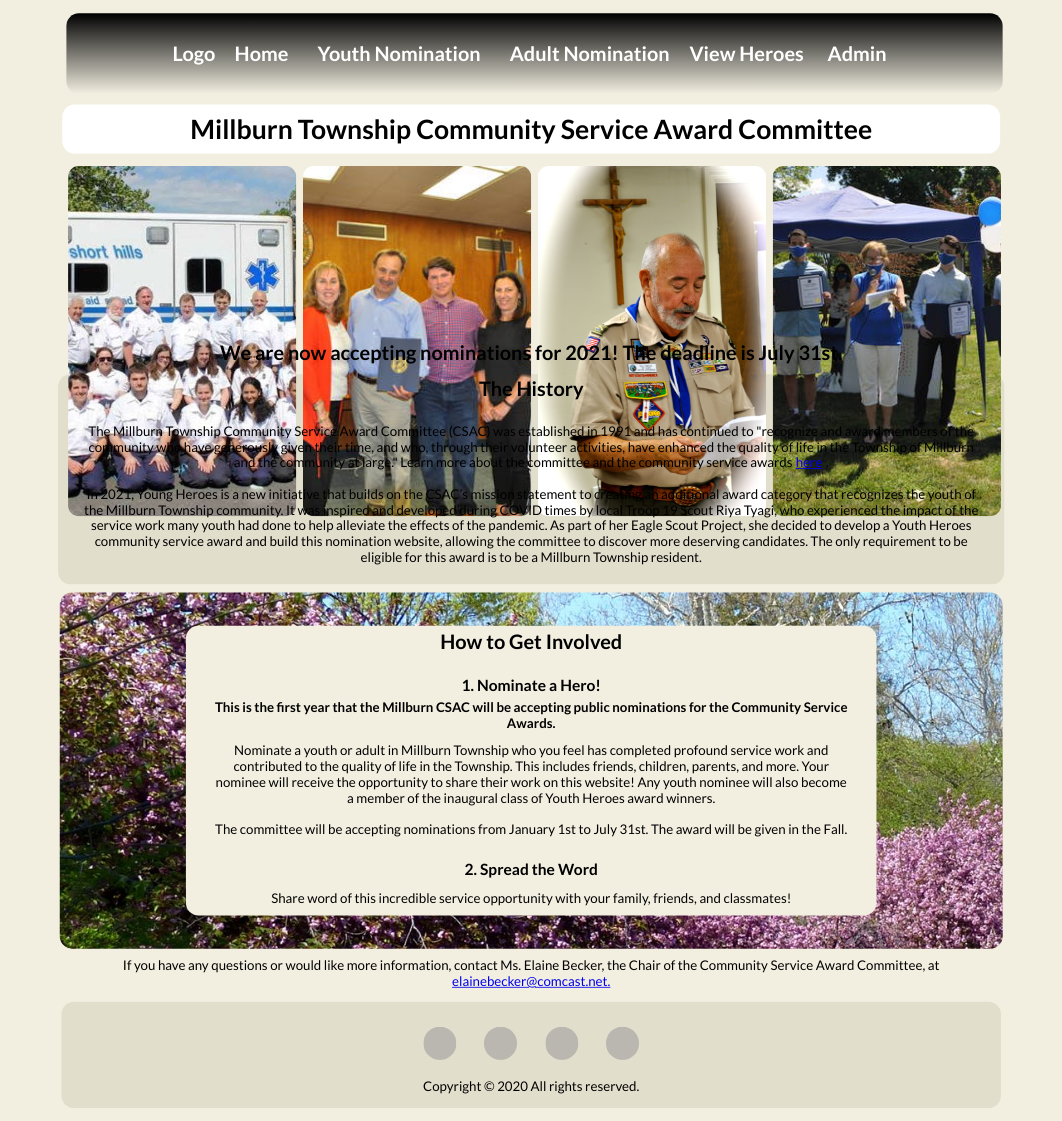
Repository: Centrattic/Young-Heroes-Website
Page: http://localhost/Frontend/home.php
The author's editor kept a copy of each file at every save. The page is drawn from the files as they stood at one save, then again after the next save.
The browser window is 1280 px wide. The pictures show the whole page, at 83% of full size.
Pictures or frames that could not be fetched are drawn as grey boxes. The page is run by PHP 8.4 with error messages shown; the project is at /var/www/html/.

Above is the page before, as saved 2020-12-09 15:37:44.

### Eagle Project/Frontend/home.php
<?php
require '../Backend/functions.php';
require '../Backend/dbhconnect.php';
?>

<html>
  <head>
    <link href="https://fonts.googleapis.com/css2?family=Lato:ital,wght@0,400;0,700;1,300;1,400&display=swap" rel="stylesheet">
    <link href="../CSS/home.css" rel="stylesheet" type="text/css" />

    <link rel = "stylesheet" href = "../CSS/navbar.css">
  </head>

  <body>


  <?php
      navbar();
    ?>

    <!--<h4> This website is affiliated with the Millburn Township Community Service Award Committee. </h4> -->
    <!--Banner/Header : history of CSAC , Ok describe that on website ::: incorporate thios is new initative but builds on previous initiative, came up on time of COVID, instead of "THE IMPORTANCE OF RECOGNIING YOUTH VOLUNTEERS -->
    <!-- Delete Mission Statement - JUst describe CSAC Iniative  ======================= OUR HISTORY, with the onset of COVID -- do this....

    Community Service Award OverView and Now YOUNG HEROES

    ALL NEEDED IS TO BE A MILLBURN TOWNSHIP RESIDENTs-->

    <h1 id = "homepagetitle"> Millburn Township Community Service Award Committee </h1>

    <div id = "homepicgrid">
      <div>
        <img src = "../Images/itsquad.jpg">
      </div>
      <div>
        <img src = "../Images/millburncsac.jpg">
      </div>
      <div>
        <img src = "../Images/fineran.jpg">
      </div>
      <div>
        <img src = "../Images/millburnhome.jpg">
      </div>
    </div>




    <h2> We are now accepting nominations for 2021! The deadline is July 31st. </h2>

    <!--<div id = "hometextgrid">
      <div>
        <h2> The Importance of Recognizing Youth Volunteers </h2>
        <p>Today’s youth are taking charge of environmental and social reforms,
          and they deserve credit and appreciation where it’s due. Up to 55% of youth
          actively participate in service, be it through school or other organizations, but they
          have gone severely underrepresented of late. By commending their efforts, more youth will be
          inspired to volunteer their time towards the community and the nation as a whole. Youth Service
          America reminds us that adolescent brains in particular offer creative solutions to problems,
          unaffected and unaware to the nonanswers common of some, older brains. They provide fresh outlooks
          and ideas that would otherwise go unthought of. Youth service is mutually beneficial to both the
          community and the youth in question; it has also been shown to improve success in the workforce
          and academics in later life with early leadership foundations, as well as fostering positive
          development traits and cosmopolitan mindsets. Some youth lack the incentive -the drive- to
          go out and make a difference, which is why it is vital for them to have an outlet of support and recognition.  </p>
      </div>
      <div>
        <h2> Our Mission Statement </h2>
        <p> The mission of the Young Heroes is to recognize Millburn/Short Hills youth for their contributions,
          to promote community service and good citizenship, to positively impact the community, and to
          give hope and inspiration to others, especially during difficult times such as COVID-19.
          This will be accomplished through a nomination process, verification, parental approval, and
          a final posting to the Millburn Township Young Heroes webpage. The posts will summarize the Young hero’s work
           and qualify them for an annual award given to the two heroes (and runners-ups) who demonstrate the most profound
          service and dedication to the Township, specific cause, and/or the community as a whole.
        </p>
      </div>
    </div>

    and who, through their volunteer activities, have enhanced the quality of life in the Township of Millburn
        and the community at large.”

    -->

    <div id = "CSAChistory">
      <h2> The History </h2> <br>
      <p> The Millburn Township Community Service Award Committee (CSAC) was established in 1991 and has continued to "recognize and award members of the community who have
        generously given their time, and who, through their volunteer activities, have enhanced the quality of life in the Township of Millburn and the community at large."
        Learn more about the committee and the community service awards<a href = "https://twp.millburn.nj.us/188/Community-Service-Award-Committee">here</a>.
        <br> <br>In 2021, Young Heroes is a new initiative that builds on the CSAC’s mission statement to creating an additional award category that recognizes the youth of the Millburn Township community.
         It was inspired and developed during COVID times by local Troop 19 Scout Riya Tyagi, who experienced the impact of the service work many youth had done to help alleviate
        the effects of the pandemic. As part of her Eagle Scout Project, she decided to develop a Youth Heroes community service award and build this nomination website,
        allowing the committee to discover more deserving candidates. The only requirement to be eligible for this award is to be a Millburn Township resident.
      </p>
    </div>

    <div id = "getinvolved">
          <div id = "nominateahero">
            <h2> How to Get Involved</h2>
            <br>
              <h3> 1. Nominate a Hero!</h3>
              <h4> This is the first year that the Millburn CSAC will be accepting public nominations for the Community Service Awards.</h4>
                <p> Nominate a youth or adult in Millburn Township who you feel has completed profound service work and contributed to the quality of life in the Township.
                This includes friends, children, parents, and more. Your nominee will receive the opportunity to share their work on this website! Any youth nominee will also
                become a member of the inaugural class of Youth Heroes award winners. <br><br>
                The committee will be accepting nominations from January 1st to July 31st. The award will be given in the Fall.<p>
               <h3>  2. Spread the Word </h3> <p>Share word of this incredible service opportunity with your family, friends, and classmates!</p>
               <!--<h3> 3. <a href = "https://forms.gle/pbJxUtVEzWF9bCSh6"> Volunteer </a></h3>  <p> Millburn Township Young Heroes is an Eagle Scout Project by Riya Tyagi of Troop 19. Volunteer to help her out! </p> -->
               <!-- <h3> 4.<a href = "https://gf.me/u/y3cpyf">Donate</a> </h3> <p> Donate to recognize heroes and their causes. We are very grateful for all donations. All money received will be used to purchase bronze
                  plaques to recognize winners of the awards and to handle the costs of advertising and creating a website. Any extra funds will be donated to the CSAC for future use.</li>
                </p>  -- Put this in explanation of Project --- part of narrative, footer  NICE -->
            </div>
    </div>

      <!--<div id = "impact">
        <h2> Our Impact</h2>
        <h3> ____ Youth Heroes Recognized </h3>
        <h3> ____ Adult Heroes Recognized </h3>
        <h3> ____ Awards Given</h3>
      </div>-->

    <h4 style = "width: 80%; margin: 0 auto;"> </h4>

    <p> If you have any questions or would like more information, contact Ms. Elaine Becker, the Chair of the Community Service Award Committee, at <a href = "mailto:elainebecker@comcast.net"> elainebecker@comcast.net.</a></p>

    <div id = "socialmedia">
        <footer id="colophon" class="site-footer" role="contentinfo">
      <div class="social-wrapper">
        <ul>
          <li>
            <a href="#" target="_blank">
              <img src="https://cdn1.iconfinder.com/data/icons/logotypes/32/twitter-128.png" alt="Twitter Logo" class="twitter-icon"></a>
          </li>
          <li>
            <a href="#" target="_blank">
              <img src="https://www.mchenryvillage.com/images/instagram-icon.png" alt="Instagram Logo" class="instagram-icon"></a>
          </li>
          <li>
            <a href="#" target="_blank">
              <img src="https://content.linkedin.com/content/dam/me/business/en-us/amp/brand-site/v2/bg/LI-Bug.svg.original.svg" alt="Linkedin Logo" class="linkedin-icon"></a>
          </li>
          <li>
            <a href="#" target="_blank">
              <img src="http://www.iconarchive.com/download/i54037/danleech/simple/facebook.ico" alt="Facebook Logo" class="facebook-icon"></a>
          </li>

        </ul>
      </div>

      <nav class="footer-nav" role="navigation">
        <p>Copyright &copy;
          <?php echo date("Y"); ?> All rights reserved.</p>
      </nav>
    </footer>
    <!-- #colophon -->
    </div>





</body>
</html>

### Eagle Project/Backend/dbhconnect.php
<?php
  $servername = "localhost";
  $dbUsername = "root";
  $dbPassword = "";
  $dbName = "young_heroes";

  //connecting to database
  $connection = new mysqli($servername, $dbUsername, $dbPassword, $dbName);

  //error message if connection fails
  if(!$connection){
    die("Connection failed: ".mysqli_connect_error());
  }
?>

### Eagle Project/CSS/home.css
* {
    text-align: center;
    padding: 2px;
    margin: 2px;
    font-family: 'Lato', sans-serif;
    border-radius: 15px;

}

body {
    background-color: #F2EFE1;

}

#homepicgrid {
    display: grid;
    width: auto;
    height: 30%;

    grid-template-columns: auto auto auto auto;
    grid-template-rows: auto;
}

#homepicgrid img {
    height: 100%;
    object-fit: cover;
    width: 100%;
}


#homepagetitle {
    font-size: 2em;
    width: auto;
    background-color: white;
    padding: 10px;
    margin: 5px;
}



#hometextgrid {
    display: grid;
    width: auto;
    margin: 0 auto;
    grid-template-columns: auto auto auto;
    grid-template-rows: auto auto;
}

#hometextgrid div {
    background-color: #E2DECC;
    padding: 20px;
}


#CSAChistory {
    background-color: #E2DECC;
    padding: 20px;
    padding-top: 0;
    margin: 10px 0;
}
#impact {
    background-color: white;
    width: 35%;
    margin: 2% auto;
    border: 10px solid transparent;
    border-image: url("../Images/borderhome.jpg") 30 round !important;
}

#impact h3 {
    margin: 15%;
}


#getinvolved {
    background-image: url("../Images/millburnblossoms.jpg");
    height: 60%;
    display: flex;
    align-items: center;
    justify-content: center;
}

#nominateahero {
    width: 70%;
    padding: 0 20px;
    background-color:  #F2EFE1;
}

#getinvolved p {
    margin: 10px;
}

button {
    font-size: 1em;
}



.site-footer {
    background-color: #E2DECC;
      text-align: center;
      margin: 10px 0;
      padding: 10px 0;
  }

  #social-wrapper {
      text-align: center;
  }

  /*Social Media Icons*/
  .social-wrapper {
      text-align: center;
  }

  .social-wrapper ul li {
      display: inline;
      margin: 0 5px;
  }

  .twitter-icon,
  .facebook-icon,
  .instagram-icon,
  .linkedin-icon,
  .googleplus-icon,
  .youtube-icon,
  .foursquare-icon{
      margin-top: .625em;
      width: 40px;
      height: 40px;
      opacity: .6;
      filter: alpha(opacity=60); /* For IE8 and earlier */
    border-radius: 25px;
  }

  .twitter-icon:hover,
  .facebook-icon:hover,
  .instagram-icon:hover,
  .linkedin-icon:hover,
  .googleplus-icon:hover,
  .youtube-icon:hover,
  .foursquare-icon:hover {
      opacity: 1.0;
      filter: alpha(opacity=100); /* For IE8 and earlier */
  }

  .footer-nav p {
      text-align: center;
  }

### Eagle Project/CSS/navbar.css
* {
    text-align: center;
    font-family: 'Lato', sans-serif;
}

body {
    background-color: #F2EFE1;
}


.menu-area li{
    display: inline;
    color: white;
    font-weight: bold;
    font-size: 1.5em;
    padding-bottom: 10px;
}

.menu-area .non-dropdown a{
    display: inline-block;
    padding: 30px 10px;
    text-decoration: none;
    color: white;
    box-sizing: border-box;

}

.menu-area .nav-dropdown .dropdown-content li a{
    display: inline-block;
    text-align: center;
    padding: 14px 16px;
    text-decoration: none;
}

.menu-area {
    width: 100%;
    background-image: linear-gradient(black, #F2EFE1);
    overflow: hidden;
    border-radius: 15px;
}

.menu-area .non-dropdown:hover{
    border-radius: 0px;
    border-bottom: 10px solid aliceblue;

}

.menu-area li a {
    box-sizing: border-box;
}

.nav-dropbtn {
    text-decoration: none;
    color: white;
}

/*FIX THIS LATER*/


#logout {
    all: unset;
}

body {
    margin: 0 5%;
}

/* ------------------*/



li.nav-dropdown {
    display: inline-block;
}

.dropdown-content {
    display: none;
    position: absolute;
    background-color: #f9f9f9;
    min-width: 150px;
    box-shadow: 0px 8px 16px 0px rgba(0,0,0,0.2);
    z-index: 1;

}

.dropdown-content a {
    color: black;
    padding: 12px 16px;
    text-decoration: none;
    display: block;
    font-size: .9em;
    text-align: left;
}


.dropdown-content a:hover {
    background-color: #f1f1f1;
}


.nav-dropdown:hover .dropdown-content {
    display: block;
    border-radius: 0px;
}

Loaded but not shown: Eagle Project/Backend/functions.php (995 lines, source omitted)

After the next save:
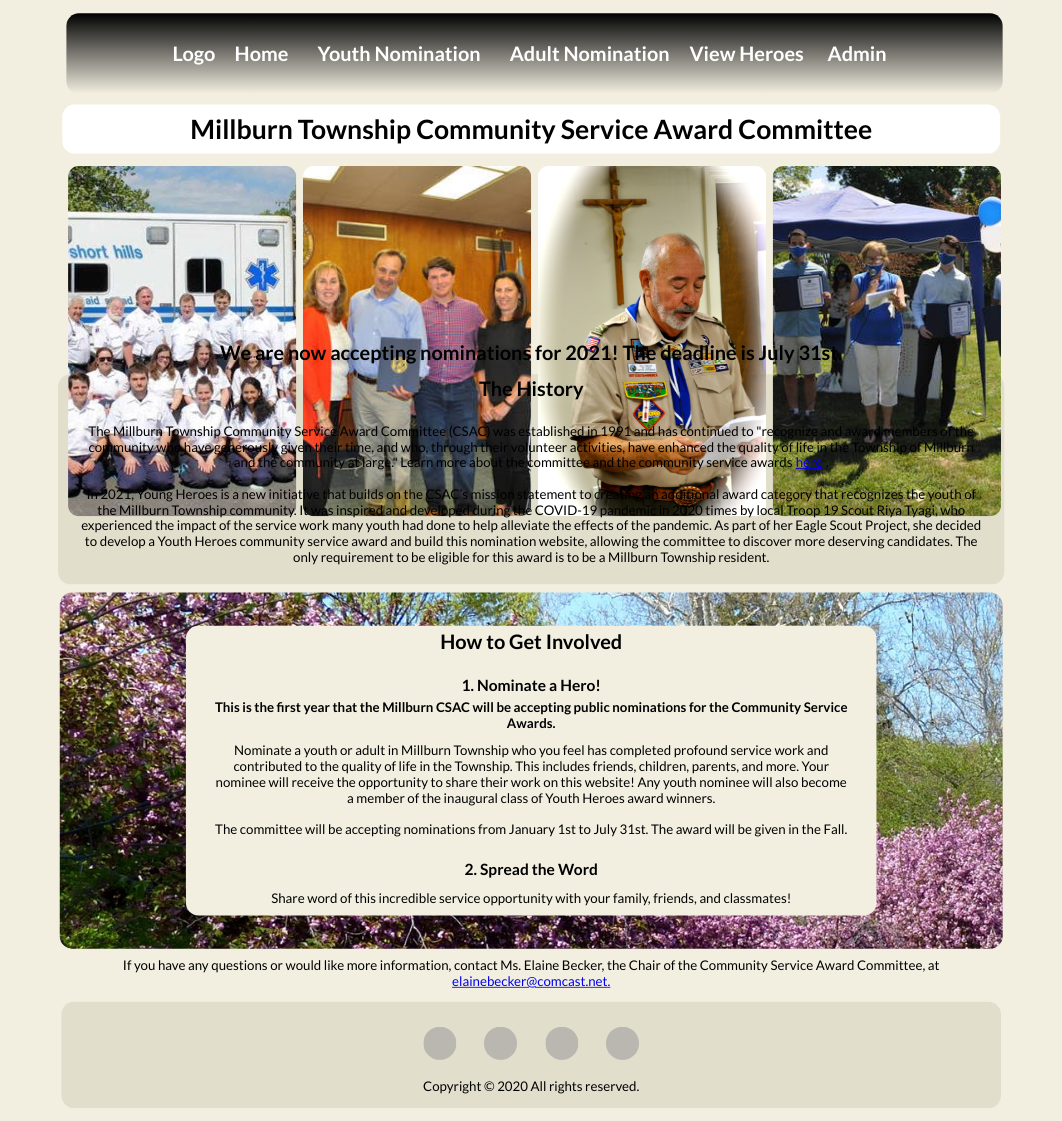
Saved 16 s later.
--- a/Eagle Project/Frontend/home.php
+++ b/Eagle Project/Frontend/home.php
@@ -88,7 +88,7 @@ require '../Backend/dbhconnect.php';
         generously given their time, and who, through their volunteer activities, have enhanced the quality of life in the Township of Millburn and the community at large."
         Learn more about the committee and the community service awards<a href = "https://twp.millburn.nj.us/188/Community-Service-Award-Committee">here</a>.
         <br> <br>In 2021, Young Heroes is a new initiative that builds on the CSAC’s mission statement to creating an additional award category that recognizes the youth of the Millburn Township community.
-         It was inspired and developed during COVID times by local Troop 19 Scout Riya Tyagi, who experienced the impact of the service work many youth had done to help alleviate
+         It was inspired and developed during the COVID-19 pandemic in 2020 times by local Troop 19 Scout Riya Tyagi, who experienced the impact of the service work many youth had done to help alleviate
         the effects of the pandemic. As part of her Eagle Scout Project, she decided to develop a Youth Heroes community service award and build this nomination website,
         allowing the committee to discover more deserving candidates. The only requirement to be eligible for this award is to be a Millburn Township resident.
       </p>
